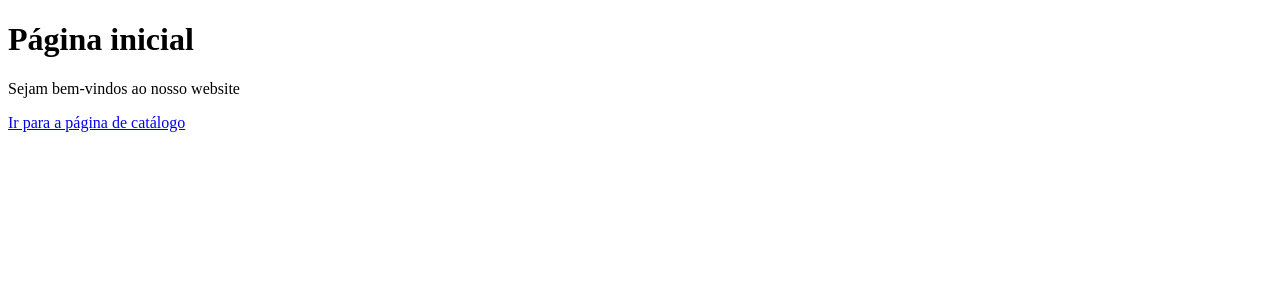
Repository: Mcecy/desafio-mergeconflict
Page: index.html
The author's editor kept a copy of each file at every save. The page is drawn from the files as they stood at one save, then again after the next save.
The browser window is 1280 px wide. The pictures show the whole page.

Above is the page before, as saved 2022-12-03 21:11:42.

After the next save:
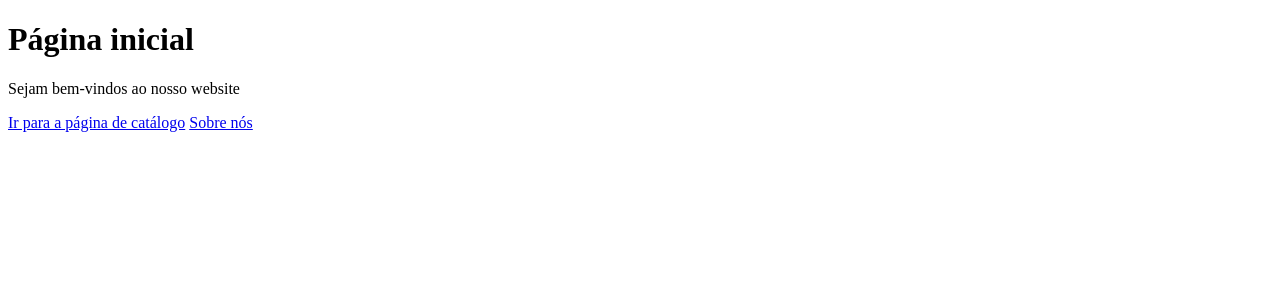
Saved 24 s later.
--- a/index.html
+++ b/index.html
@@ -10,5 +10,6 @@
 <h1>Página inicial</h1>
 <p>Sejam bem-vindos ao nosso website</p>
 <a href="catalogo.html">Ir para a página de catálogo</a>
+<a href="sobre.html">Sobre nós</a>
 </body>
 </html>
